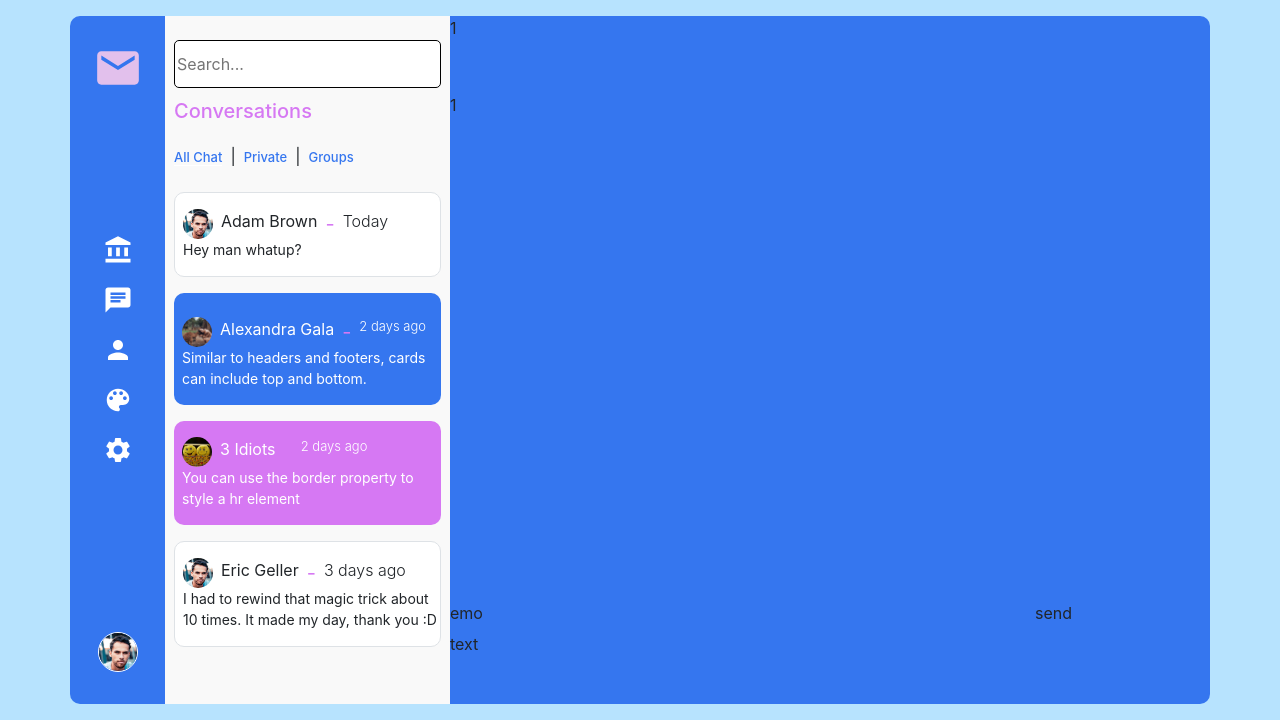
Repository: arafat877/super-chat
Page: /
An editor plug-in stored every save of this project. The page is shown before and after the next save, followed by the edit.
The browser window is 1280 px wide. The pictures show the whole page.
The project was rebuilt for these pictures with package versions that can differ from the ones it lists, and the page was loaded fresh each time.

Above is the page before, as saved 2020-08-07 00:13:22.

### public/index.html
<!DOCTYPE html>
<html lang="en">
  <head>
    <meta charset="utf-8" />
    <meta name="viewport" content="width=device-width, initial-scale=1" />
    <meta name="theme-color" content="#000000" />
    <meta
      name="description"
      content="Chat application with node.js, express, react.js, mongoDb and socket.io"
    />
    <link rel="stylesheet" href="styles.css" />
    <link
      rel="stylesheet"
      href="https://maxcdn.bootstrapcdn.com/bootstrap/4.5.0/css/bootstrap.min.css"
      integrity="sha384-9aIt2nRpC12Uk9gS9baDl411NQApFmC26EwAOH8WgZl5MYYxFfc+NcPb1dKGj7Sk"
      crossorigin="anonymous"
    />
    <link
      href="https://fonts.googleapis.com/css2?family=Roboto:wght@100;300;400;500;700;900&display=swap"
      rel="stylesheet"
    />

    <title>Super Chat</title>
  </head>
  <body>
    <noscript>You need to enable JavaScript to run this app.</noscript>
    <div id="root"></div>
  </body>
</html>

### src/App.js
import React from "react";
import "./App.scss";
import {
  Email,
  Chat,
  Person,
  Settings,
  Palette,
  AccountBalance,
} from "@material-ui/icons";

function App() {
  return (
    <div className="appContainer vh-100 d-flex">
      <div className="container mt-3 mb-3 appWrapper">
        <div className="row h-100">
          <div className="col-1 d-none d-sm-none d-md-block container h-100 firstCol">
            <div className="row logoRow justify-content-center">
              <Email className="m-auto logo" />
            </div>
            <div className="row menuRow">
              <ul className="menuList m-auto p-0">
                <li className="menuItem">
                  <AccountBalance className="menuItemIcon" />
                </li>
                <li className="menuItem">
                  <Chat className="menuItemIcon" />
                </li>
                <li className="menuItem">
                  <Person className="menuItemIcon" />
                </li>
                <li className="menuItem">
                  <Palette className="menuItemIcon" />
                </li>
                <li className="menuItem">
                  <Settings className="menuItemIcon" />
                </li>
              </ul>
            </div>
            <div className="row photoRow justify-content-center">
              <img
                className="m-auto profilePhoto"
                src={require("./assets/m1.jpeg")}
                alt="profile"
              />
            </div>
          </div>
          <div className="col-3 container h-100 secondCol p-4">
            <div className="row searchRow">
              <input className="searchInput" placeholder="Search..." />
            </div>
            <div className="row convRow mt-2">
              <span className="convSpan">Conversations</span>
            </div>
            <div className="row selectRow">
              <ul className="selectionList p-0">
                <li
                  className="selectionListItem d-inline mr-2"
                  style={{ borderBottom: "solid 0.05px white" }}
                >
                  All Chat
                </li>
                |
                <li className="selectionListItem d-inline mr-2 ml-2">
                  Private
                </li>
                |
                <li className="selectionListItem d-inline mr-2 ml-2">Groups</li>
              </ul>
            </div>
            <div className="row groupsRow">
              <div className="container">

                <div className="row convCard pt-3 pb-3 pl-2 mt-3">
                  <img
                    className="userProfilePicture"
                    src={require("./assets/m1.jpeg")}
                    alt="User Profile"
                  />
                  <span className="userName ml-2">Adam Brown</span>
                  <span className="dash ml-2">-</span>
                  <span className="chatDate ml-2">Today</span>
                  <hr className="hr"></hr>
                  <span className="text">Hey man whatup?</span>
                </div>

                <div className="row convCardHot pt-4 pb-3 pl-2 mt-3">
                  <img
                    className="userProfilePicture"
                    src={require("./assets/f1.jpeg")}
                    alt="User Profile"
                  />
                  <span className="userName ml-2">Alexandra Gala</span>
                  <span className="dash ml-2">-</span>
                  <span className="chatDate ml-2">2 days ago</span>
                  <hr className="hr"></hr>
                  <span className="text">
                    Similar to headers and footers, cards can include top and
                    bottom.
                  </span>
                </div>

                <div className="row convCardGroup pt-3 pb-3 pl-2 mt-3">
                  <img
                    className="userProfilePicture"
                    src={require("./assets/g1.jpeg")}
                    alt="User Profile"
                  />
                  <span className="userName ml-2">3 Idiots</span>
                  <span className="dash ml-2">-</span>
                  <span className="chatDate ml-2">2 days ago</span>
                  <hr className="hr"></hr>
                  <span className="text">
                    You can use the border property to style a hr element
                  </span>
                </div>

                <div className="row convCard pt-3 pb-3 pl-2 mt-3">
                  <img
                    className="userProfilePicture"
                    src={require("./assets/m1.jpeg")}
                    alt="User Profile"
                  />
                  <span className="userName ml-2">Eric Geller</span>
                  <span className="dash ml-2">-</span>
                  <span className="chatDate ml-2">3 days ago</span>
                  <hr className="hr"></hr>
                  <span className="text">
                    I had to rewind that magic trick about 10 times. It made my
                    day, thank you :D
                  </span>
                </div>
              </div>
            </div>
          </div>
          <div className="col-8 container h-100 thirdCol">
            <div className="row chatInfo">1</div>
            <div className="row chatMessages">1</div>
            <div className="row chatInput">
              <div className="col-md-9 container">
                <div className="row inputEmoji">emo</div>
                <div className="row inputText">text</div>
              </div>
              <div className="col-md-3">send</div>
            </div>
          </div>
        </div>
      </div>
    </div>
  );
}

export default App;

### src/App.scss
.appContainer {
  background-color: #b7e3fe;

  .appWrapper {
    background-color: #3576ef;
    border-radius: 10px;

    .firstCol {
      .logoRow {
        height: 15%;

        .logo {
          font-size: 50px;
          color: rgb(226, 192, 236);
        }
      }
      .menuRow {
        height: 70%;

        .menuList {
          list-style: none;

          .menuItem {
            margin-bottom: 20px;

            .menuItemIcon {
              font-size: 30px;
              color: white;
            }
          }
        }
      }
      .photoRow {
        height: 15%;

        .profilePhoto {
          height: 40px;
          width: 40px;
          border: solid thin white;
          border-radius: 50%;
          object-fit: cover;
        }
      }
    }

    .secondCol {
      background-color: #f9f9f9;
      overflow-y: auto;

      .searchRow {
        height: 7.5%;

        .searchInput {
          width: 100%;
          border: solid 0.5px;
          background-color: white;
          border-radius: 5px;

          &:focus {
            outline: none;
          }
        }
      }
      .convRow {
        height: 7.5%;

        .convSpan {
          font-weight: 500;
          font-size: 20px;
          color: rgb(214, 120, 243);
        }
      }
      .selectRow {
        height: 5%;

        .selectionList {
          list-style: none;

          .selectionListItem {
            font-weight: 500;
            font-size: 13px;
            color: #3576ef;
          }
        }
      }
      .groupsRow {
        height: 80%;

        .convCard {

            background-color: white;
            border: solid 0.5px #dee2e6;
            border-radius: 10px;

          .userProfilePicture {
            height: 30px;
            width: 30px;
            border-radius: 50%;
            object-fit: cover;
          }

          .userName {
            // color: white;
          }

          .dash {
            color: rgb(214, 120, 243);
            font-size: 20px;
          }

          .chatDate {
            // color: white;
            font-weight: 300;
          }

          .hr {
            border-color: rgb(214, 120, 243);
            margin-bottom: 5px;
          }

          .text {
            // color: white;
            font-size: 14px;
          }
        }

        .convCardHot {
          background-color: #3576ef;
          border-radius: 10px;

          .userProfilePicture {
            height: 30px;
            width: 30px;
            border-radius: 50%;
            object-fit: cover;
          }

          .userName {
            color: white;
          }

          .dash {
            color: rgb(214, 120, 243);
            font-size: 20px;
          }

          .chatDate {
            color: white;
            font-size: 13px;
            font-weight: 300;
          }

          .hr {
            border-color: rgb(214, 120, 243);
            margin-bottom: 5px;
          }

          .text {
            color: white;
            font-size: 14px;
          }
        }

        .convCardGroup {
            background-color: rgb(214, 120, 243);
            border-radius: 10px;

            .userProfilePicture {
              height: 30px;
              width: 30px;
              border-radius: 50%;
              object-fit: cover;
            }

            .userName {
              color: white;
            }

            .dash {
              color: rgb(214, 120, 243);
              font-size: 20px;
            }

            .chatDate {
              color: white;
              font-size: 13px;
              font-weight: 300;
            }

            .hr {
              border-color: rgb(214, 120, 243);
              margin-bottom: 5px;
            }

            .text {
              color: white;
              font-size: 14px;
            }
          }
      }
    }

    .thirdCol {
      .chatInfo {
        height: 11.25%;
      }
      .chatMessages {
        height: 73.75%;
      }
      .chatInput {
        height: 15%;

        .inputEmoji {
          height: 30%;
        }
        .inputText {
          height: 70%;
        }
      }
    }
  }
}

Loaded but not shown: src/index.js (common file); public/styles.css (common file)

After the next save:
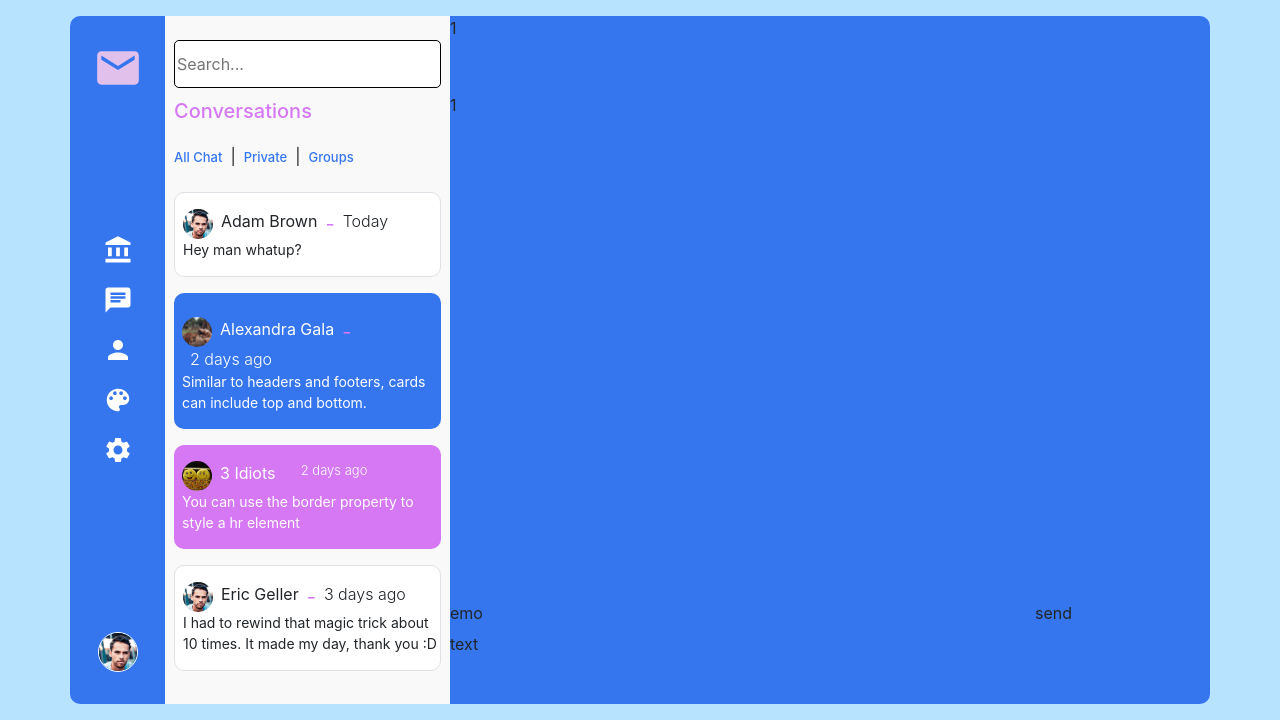
Saved 23 s later.
--- a/src/App.scss
+++ b/src/App.scss
@@ -146,7 +146,6 @@
 
           .chatDate {
             color: white;
-            font-size: 13px;
             font-weight: 300;
           }
 

After the save that followed:
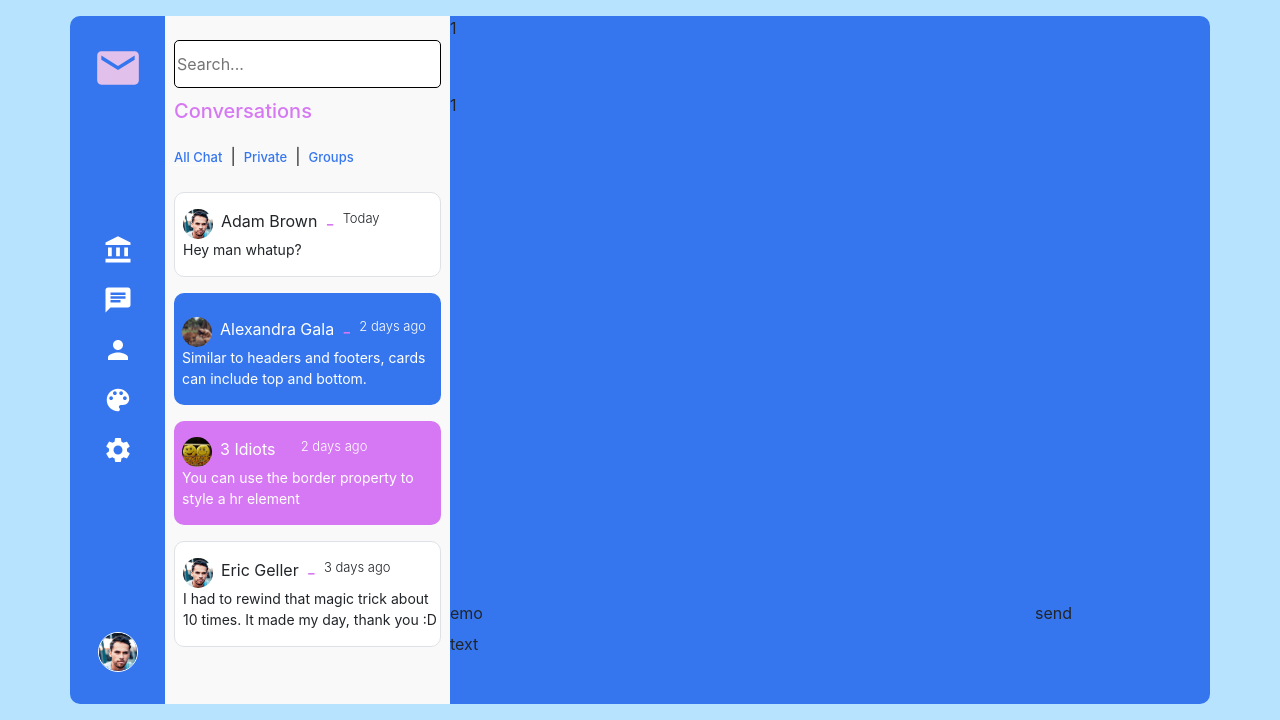
Saved 12 s later.
--- a/src/App.scss
+++ b/src/App.scss
@@ -110,6 +110,7 @@
 
           .chatDate {
             // color: white;
+            font-size: 13px;
             font-weight: 300;
           }
 
@@ -146,6 +147,7 @@
 
           .chatDate {
             color: white;
+            font-size: 13px;
             font-weight: 300;
           }
 
